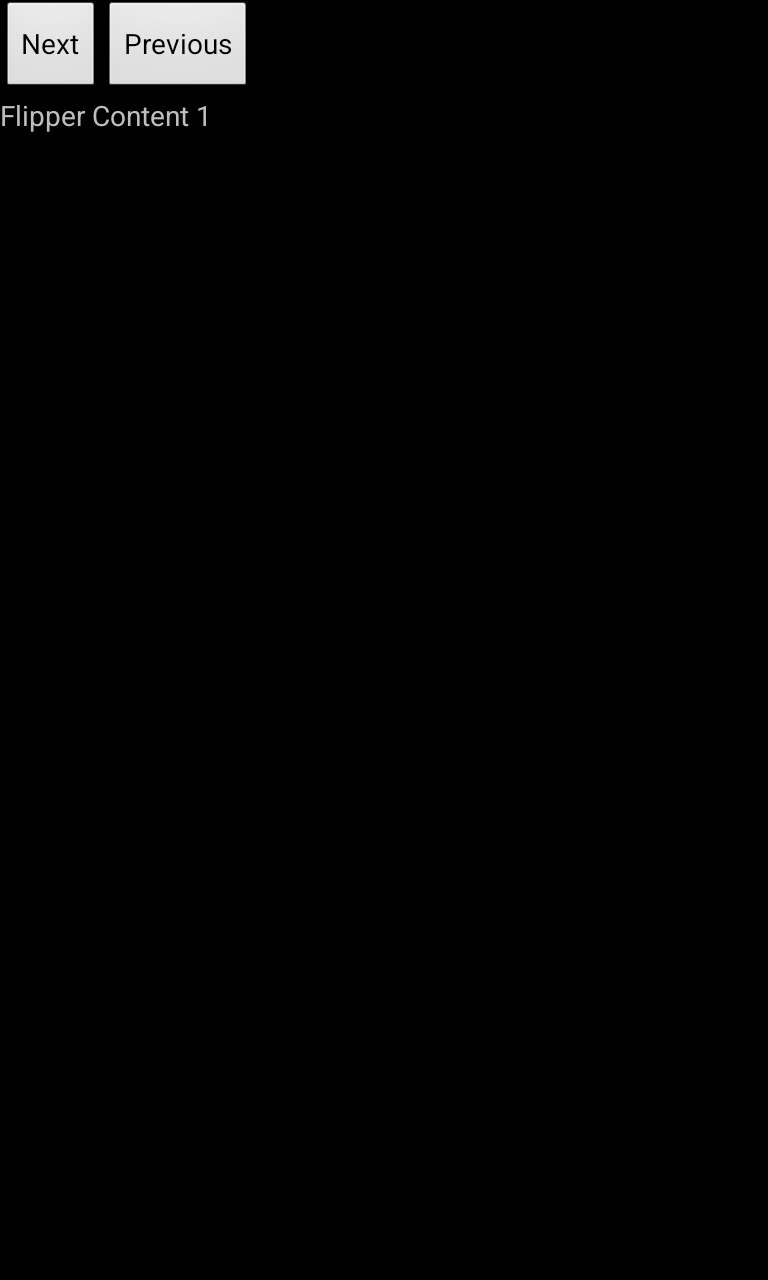
Repository: jzone3/Frames
Layout: FramesApp/res/layout/other.xml
These files come from the project's save history. The layout is drawn as it stood at one moment and after the next save; the edit follows.
Pictures or frames that could not be fetched are drawn as grey boxes. It is drawn on a 768 x 1280 px phone screen (xhdpi) without system bars, with theme android:Theme.NoTitleBar; the app's code is not run.

Above is the layout before, as saved 2013-10-12 23:50:30.

### FramesApp/res/layout/other.xml
<?xml version="1.0" encoding="utf-8"?>
<LinearLayout android:id="@+id/LinearLayout01"
android:layout_width="fill_parent" android:layout_height="fill_parent"
xmlns:android="http://schemas.android.com/apk/res/android"
android:orientation="vertical">
	<LinearLayout android:id="@+id/LinearLayout03"
	android:layout_width="wrap_content" android:layout_height="wrap_content">
		<Button android:id="@+id/Button01" android:layout_width="wrap_content"
		android:layout_height="wrap_content" android:text="Next"></Button>
		<Button android:id="@+id/Button02" android:layout_width="wrap_content"
		android:layout_height="wrap_content" android:text="Previous"></Button>
	</LinearLayout>

	<LinearLayout android:id="@+id/LinearLayout02"
	android:layout_width="wrap_content" android:layout_height="wrap_content">
	<ViewFlipper android:id="@+id/ViewFlipper01"
		android:layout_width="wrap_content" android:layout_height="wrap_content">
		<!--adding views to ViewFlipper-->
		<TextView android:id="@+id/TextView01" android:layout_width="wrap_content"
		android:layout_height="wrap_content" android:text="Flipper Content 1"></TextView>
		<TextView android:id="@+id/TextView02" android:layout_width="wrap_content"
		android:layout_height="wrap_content" android:text="Flipper Content 2"></TextView>
		<TextView android:id="@+id/TextView03" android:layout_width="wrap_content"
		android:layout_height="wrap_content" android:text="Flipper Content 3"></TextView>
	</ViewFlipper>
</LinearLayout>

</LinearLayout>

After the next save:
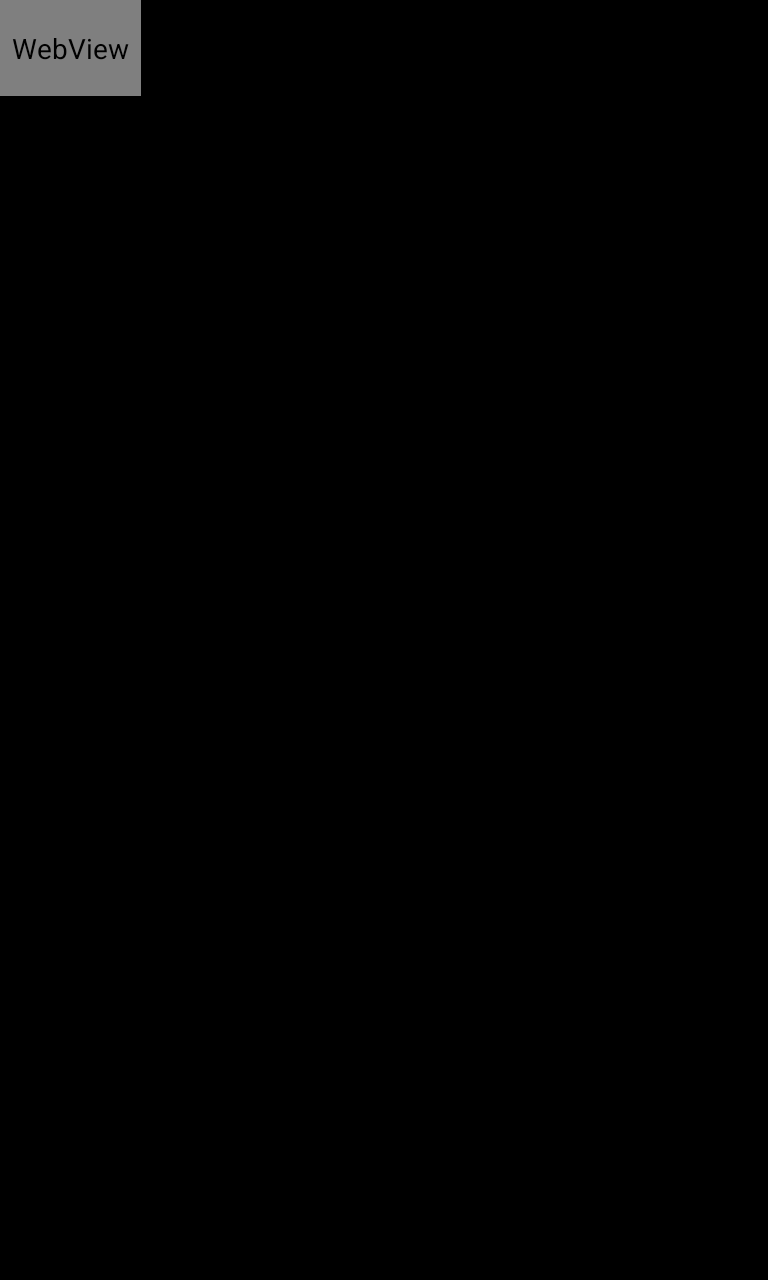
Saved 3 min 28 s later.
--- a/FramesApp/res/layout/other.xml
+++ b/FramesApp/res/layout/other.xml
@@ -3,25 +3,38 @@
 android:layout_width="fill_parent" android:layout_height="fill_parent"
 xmlns:android="http://schemas.android.com/apk/res/android"
 android:orientation="vertical">
-	<LinearLayout android:id="@+id/LinearLayout03"
-	android:layout_width="wrap_content" android:layout_height="wrap_content">
-		<Button android:id="@+id/Button01" android:layout_width="wrap_content"
-		android:layout_height="wrap_content" android:text="Next"></Button>
-		<Button android:id="@+id/Button02" android:layout_width="wrap_content"
-		android:layout_height="wrap_content" android:text="Previous"></Button>
-	</LinearLayout>
+
 
 	<LinearLayout android:id="@+id/LinearLayout02"
 	android:layout_width="wrap_content" android:layout_height="wrap_content">
 	<ViewFlipper android:id="@+id/ViewFlipper01"
 		android:layout_width="wrap_content" android:layout_height="wrap_content">
 		<!--adding views to ViewFlipper-->
-		<TextView android:id="@+id/TextView01" android:layout_width="wrap_content"
-		android:layout_height="wrap_content" android:text="Flipper Content 1"></TextView>
-		<TextView android:id="@+id/TextView02" android:layout_width="wrap_content"
-		android:layout_height="wrap_content" android:text="Flipper Content 2"></TextView>
-		<TextView android:id="@+id/TextView03" android:layout_width="wrap_content"
-		android:layout_height="wrap_content" android:text="Flipper Content 3"></TextView>
+		<WebView  xmlns:android="http://schemas.android.com/apk/res/android"
+	    android:id="@+id/webview"
+	    android:layout_width="fill_parent"
+	    android:layout_height="fill_parent"
+		/>
+		<LinearLayout xmlns:android="http://schemas.android.com/apk/res/android"
+	    android:orientation="horizontal"
+	    android:layout_width="fill_parent"
+	    android:layout_height="fill_parent"
+	    >
+		  <FrameLayout
+		    android:id="@+id/camera_preview"
+		    android:layout_width="fill_parent"
+		    android:layout_height="fill_parent"
+		    android:layout_weight="1"
+		    />
+
+		  <Button
+		    android:id="@+id/button_capture"
+		    android:text="Capture"
+		    android:layout_width="wrap_content"
+		    android:layout_height="wrap_content"
+		    android:layout_gravity="center"
+		    />
+		</LinearLayout>
 	</ViewFlipper>
 </LinearLayout>
 
